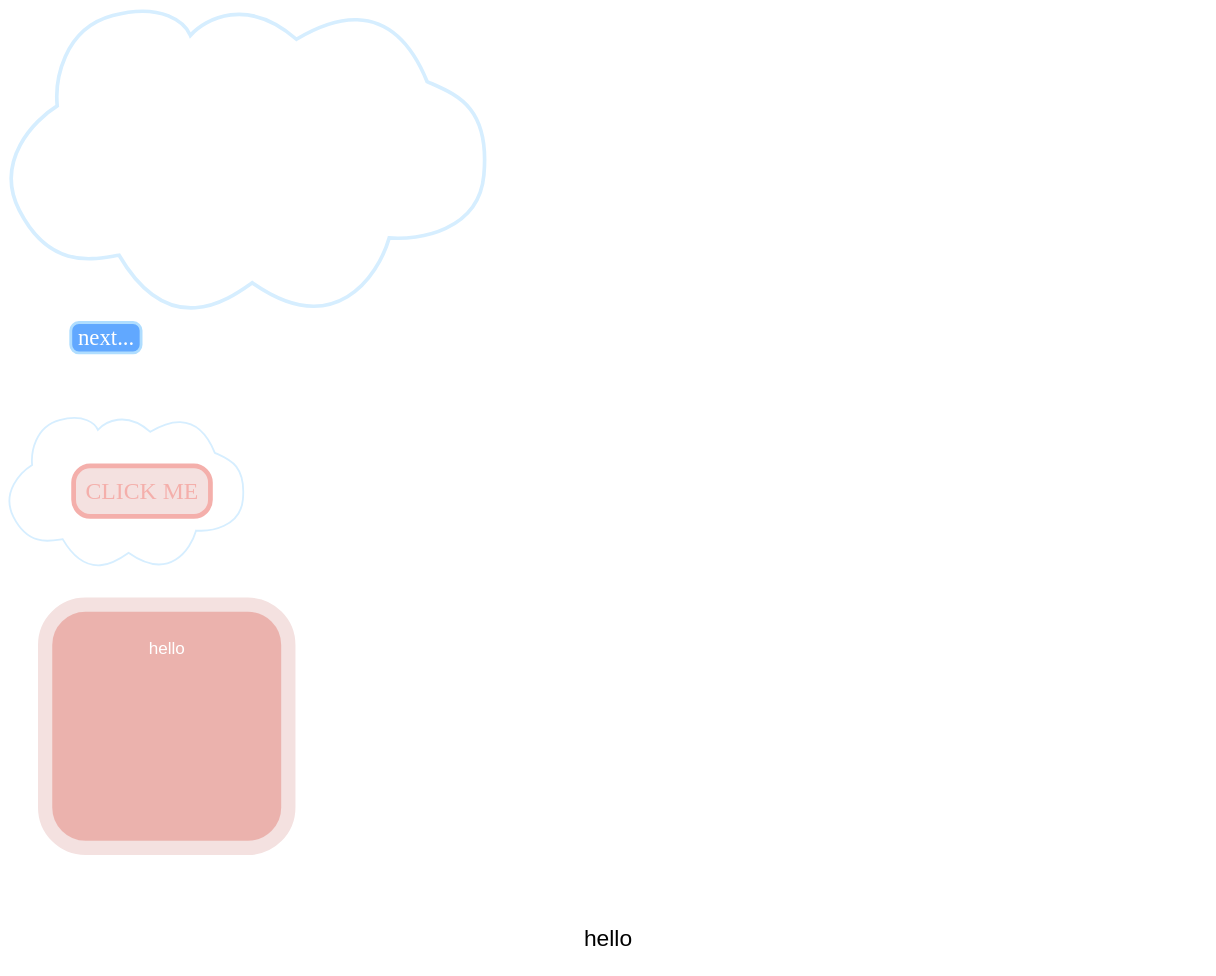
Repository: SoleilDagneau/MDIA2109Midterm
Page: index.html
An editor plug-in stored every save of this project. The page is shown before and after the next save, followed by the edit.
The browser window is 1280 px wide. The pictures show the whole page, at 95% of full size.
Some web fonts or font styles are not loaded; a fallback is used.

Above is the page before, as saved 2022-03-01 19:45:28.

After the next save:
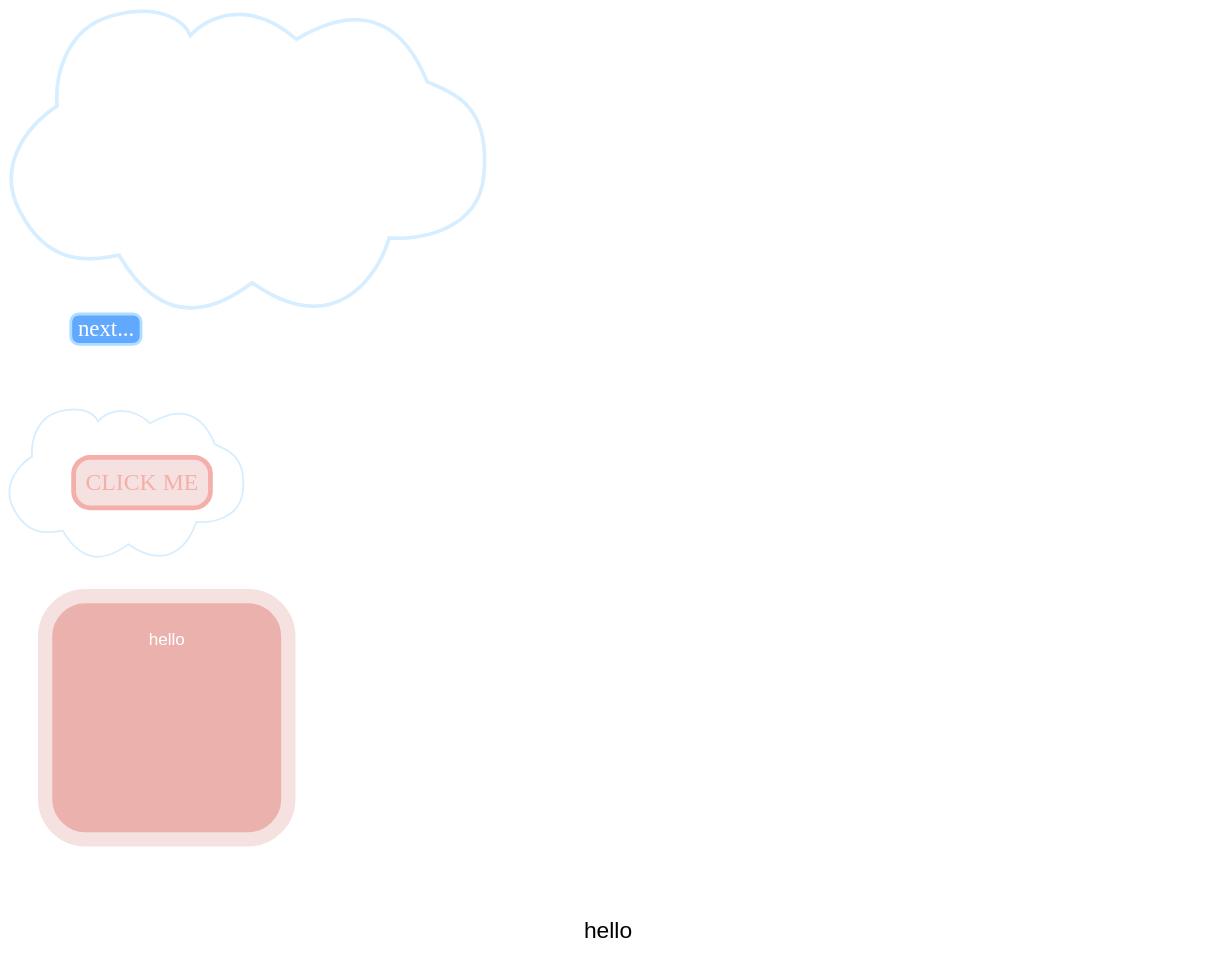
Saved 6 s later.
--- a/utils/speechbubble.js
+++ b/utils/speechbubble.js
@@ -14,7 +14,7 @@ template_speechbub.innerHTML = `
         font-size:24px;
         margin:65px;
         display:flex;
-        margin-top:10px;
+        margin-top:1px;
     }
     #speech_bubble{
         width:40%;
